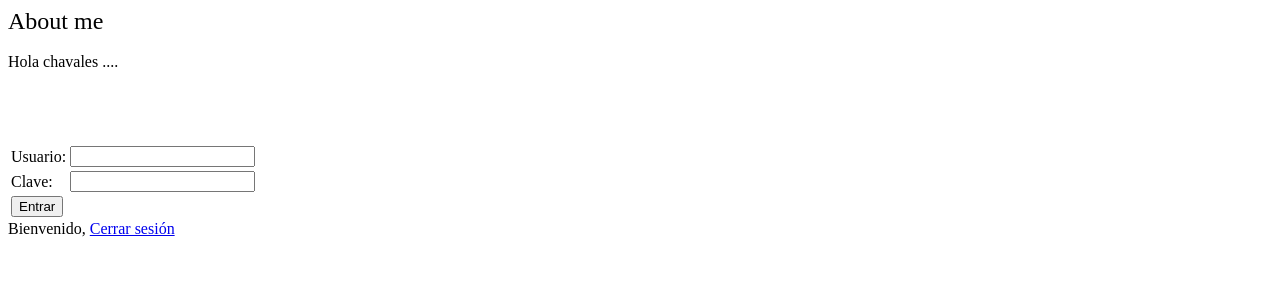
Repository: alruis/IJavaDreamBlog
Page: http://localhost/IJavaBlog/jsp/blog/enlaces.jsp
An editor plug-in stored every save of this project. The page is shown before and after the next save, followed by the edit.
The browser window is 1280 px wide. The pictures show the whole page.
The page is served by Tomcat 9. Nobody is signed in. The application's start-up code is not run.

Above is the page before, as saved 2014-09-26 14:35:30.

After the next save:
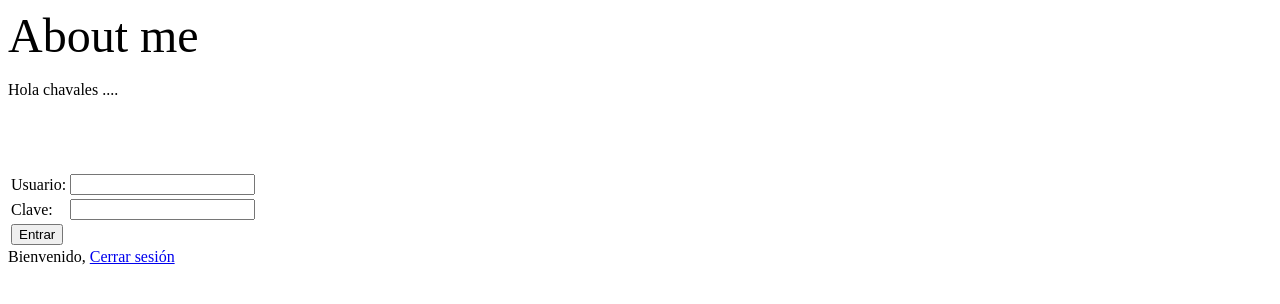
Saved 30 s later.
--- a/IJavaBlog/WebContent/jsp/blog/enlaces.jsp
+++ b/IJavaBlog/WebContent/jsp/blog/enlaces.jsp
@@ -2,7 +2,7 @@
     pageEncoding="UTF-8"%>
 <div id="enlaces">
 <div>
-	<font size="5"> About me </font>		</br></br> Hola chavales ....
+	<font size="7" face="bold"> About me </font>		</br></br> Hola chavales ....
 </div>
 	</br>
 	</br>

After the save that followed:
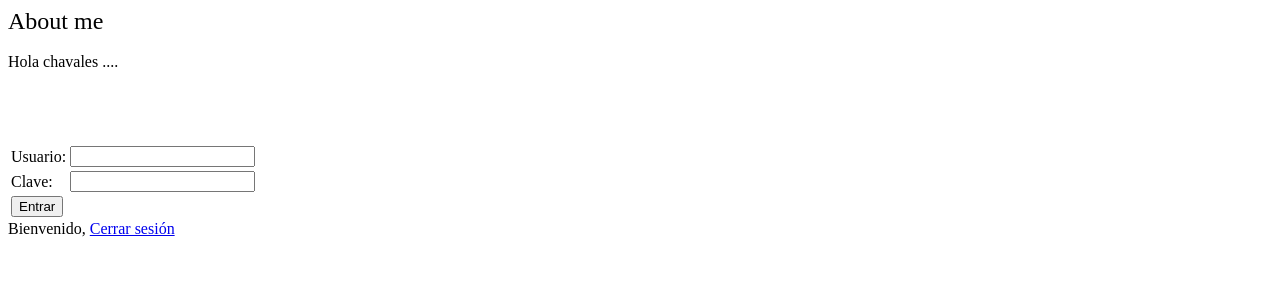
Saved 36 s later.
--- a/IJavaBlog/WebContent/jsp/blog/enlaces.jsp
+++ b/IJavaBlog/WebContent/jsp/blog/enlaces.jsp
@@ -2,7 +2,7 @@
     pageEncoding="UTF-8"%>
 <div id="enlaces">
 <div>
-	<font size="7" face="bold"> About me </font>		</br></br> Hola chavales ....
+	<font size="5" face="bold"> About me </font>		</br></br> Hola chavales ....
 </div>
 	</br>
 	</br>
